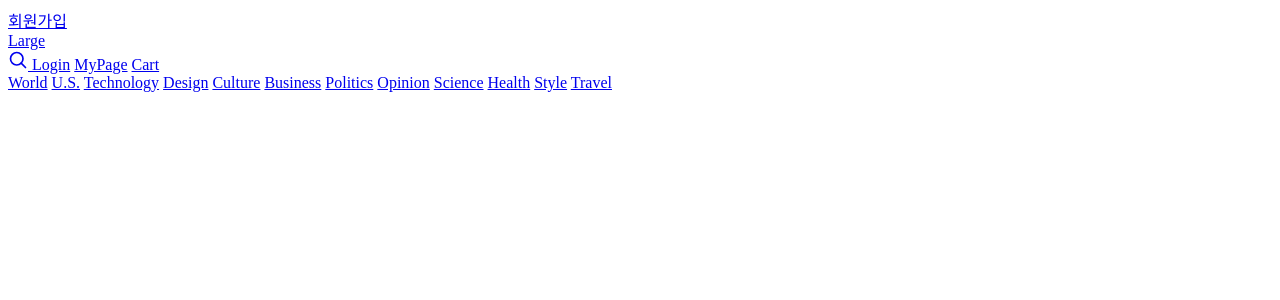
Repository: nunnunhap/Portfolio_YewMall
Page: http://localhost/layout/comm/header
These files come from the project's save history. The page is drawn as it stood at one moment and after the next save; the edit follows.
The browser window is 1280 px wide. The pictures show the whole page.
The page is this project's Thymeleaf template; nobody is signed in. The template is opened directly, without the code that normally fills it, so the values that code supplies are empty.

Above is the page before, as saved 2024-06-17 11:26:20.

### yewmall/src/main/resources/templates/layout/comm/header.html
<!DOCTYPE html>
<html lang="ko"xmlns:th="http://www.thymeleaf.org">

<div th:fragment="headerFragment">

	<header class="blog-header py-3">
    <div class="row flex-nowrap justify-content-between align-items-center">
      <div class="col-4 pt-1">
        <a class="text-muted" href="#">회원가입</a>
      </div>
      <div class="col-4 text-center">
        <a class="blog-header-logo text-dark" href="#">Large</a>
      </div>
      <div class="col-4 d-flex justify-content-end align-items-center">
        <a class="text-muted" href="#" aria-label="Search">
          <svg xmlns="http://www.w3.org/2000/svg" width="20" height="20" fill="none" stroke="currentColor" stroke-linecap="round" stroke-linejoin="round" stroke-width="2" class="mx-3" role="img" viewBox="0 0 24 24" focusable="false"><title>Search</title><circle cx="10.5" cy="10.5" r="7.5"></circle><path d="M21 21l-5.2-5.2"></path></svg>
        </a>
        <a class="btn btn-sm btn-outline-secondary" href="#">Login</a>
        <a class="btn btn-sm btn-outline-secondary" href="#">MyPage</a>
        <a class="btn btn-sm btn-outline-secondary" href="#">Cart</a>
      </div>
    </div>
  </header>


  <div class="nav-scroller py-1 mb-2">
    <nav class="nav d-flex justify-content-between">
      <a class="p-2 text-muted" href="#">World</a>
      <a class="p-2 text-muted" href="#">U.S.</a>
      <a class="p-2 text-muted" href="#">Technology</a>
      <a class="p-2 text-muted" href="#">Design</a>
      <a class="p-2 text-muted" href="#">Culture</a>
      <a class="p-2 text-muted" href="#">Business</a>
      <a class="p-2 text-muted" href="#">Politics</a>
      <a class="p-2 text-muted" href="#">Opinion</a>
      <a class="p-2 text-muted" href="#">Science</a>
      <a class="p-2 text-muted" href="#">Health</a>
      <a class="p-2 text-muted" href="#">Style</a>
      <a class="p-2 text-muted" href="#">Travel</a>
    </nav>
  </div>




</div>

</html>

After the next save:
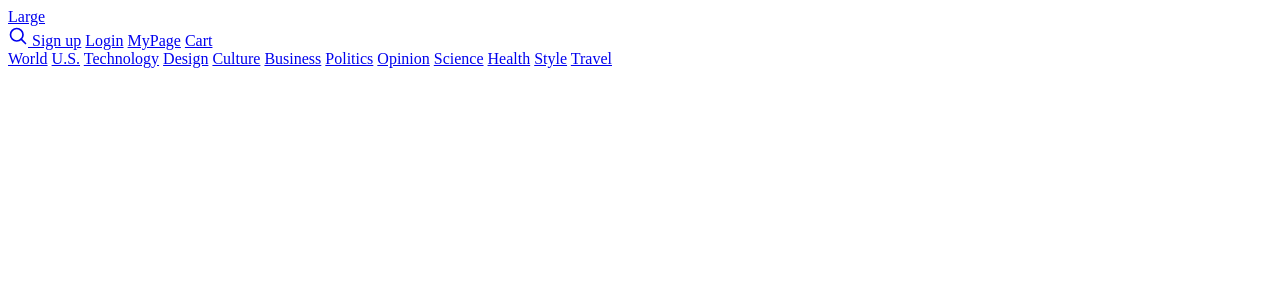
Saved 15 s later.
--- a/yewmall/src/main/resources/templates/layout/comm/header.html
+++ b/yewmall/src/main/resources/templates/layout/comm/header.html
@@ -6,7 +6,7 @@
 	<header class="blog-header py-3">
     <div class="row flex-nowrap justify-content-between align-items-center">
       <div class="col-4 pt-1">
-        <a class="text-muted" href="#">회원가입</a>
+        <a class="text-muted" href="#"></a>
       </div>
       <div class="col-4 text-center">
         <a class="blog-header-logo text-dark" href="#">Large</a>
@@ -15,6 +15,7 @@
         <a class="text-muted" href="#" aria-label="Search">
           <svg xmlns="http://www.w3.org/2000/svg" width="20" height="20" fill="none" stroke="currentColor" stroke-linecap="round" stroke-linejoin="round" stroke-width="2" class="mx-3" role="img" viewBox="0 0 24 24" focusable="false"><title>Search</title><circle cx="10.5" cy="10.5" r="7.5"></circle><path d="M21 21l-5.2-5.2"></path></svg>
         </a>
+        <a class="btn btn-sm btn-outline-secondary" href="#">Sign up</a>
         <a class="btn btn-sm btn-outline-secondary" href="#">Login</a>
         <a class="btn btn-sm btn-outline-secondary" href="#">MyPage</a>
         <a class="btn btn-sm btn-outline-secondary" href="#">Cart</a>
